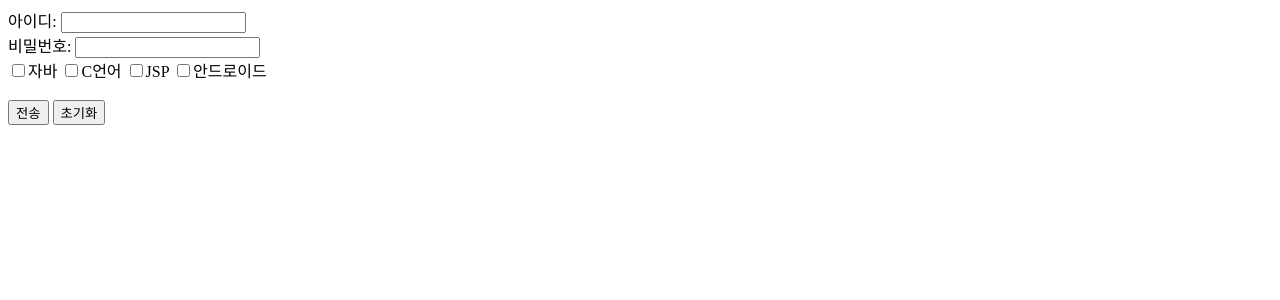
Repository: moonhuicheol/Servlet-JSP
Page: jee-2021-12/pro06/src/main/webapp/WEB-INF/input.html
The author's editor kept a copy of each file at every save. The page is drawn from the files as they stood at one save, then again after the next save.
The browser window is 1280 px wide. The pictures show the whole page.

Above is the page before, as saved 2022-08-01 11:50:40.

### jee-2021-12/pro06/src/main/webapp/WEB-INF/input.html
<!DOCTYPE html>
<html lang="ko">
<head>
  <meta charset="UTF-8">
  <meta http-equiv="X-UA-Compatible" content="IE=edge">
  <meta name="viewport" content="width=device-width, initial-scale=1.0">
  <title>여러가지 input 타입 표시 창</title>
</head>
<body>
  <form name="frmInput" method="get" action="input">
    아이디: <input type="text" name="user_id"><br>
    비밀번호: <input type="password"name="user_pw"><br>
    <input type="checkbox" name="subject" value="java">자바
    <input type="checkbox" name="subject" value="C언어">C언어
    <input type="checkbox" name="subject" value="JSP">JSP
    <input type="checkbox" name="subject" value="안드로이드">안드로이드
    <br><br>
    <input type="submit" value="전송">
    <input type="reset" value="초기화">
  </form>
</body>
</html>

After the next save:
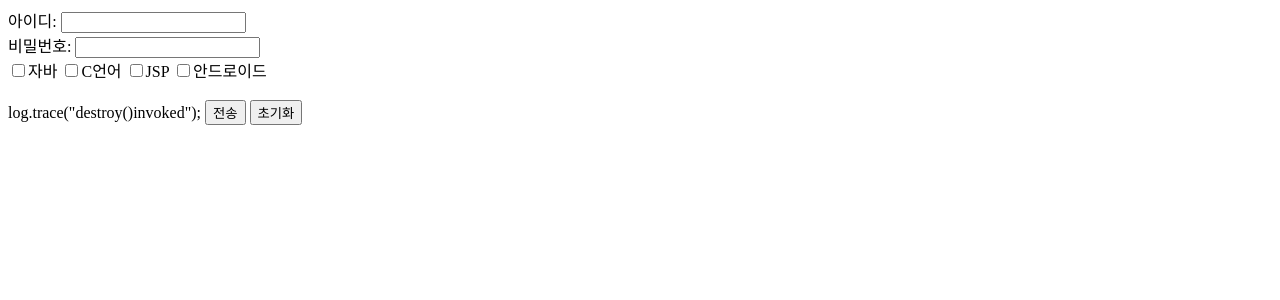
Saved 55 s later.
--- a/jee-2021-12/pro06/src/main/webapp/WEB-INF/input.html
+++ b/jee-2021-12/pro06/src/main/webapp/WEB-INF/input.html
@@ -14,7 +14,7 @@
     <input type="checkbox" name="subject" value="C언어">C언어
     <input type="checkbox" name="subject" value="JSP">JSP
     <input type="checkbox" name="subject" value="안드로이드">안드로이드
-    <br><br>
+    <br><br>log.trace("destroy()invoked");
     <input type="submit" value="전송">
     <input type="reset" value="초기화">
   </form>
